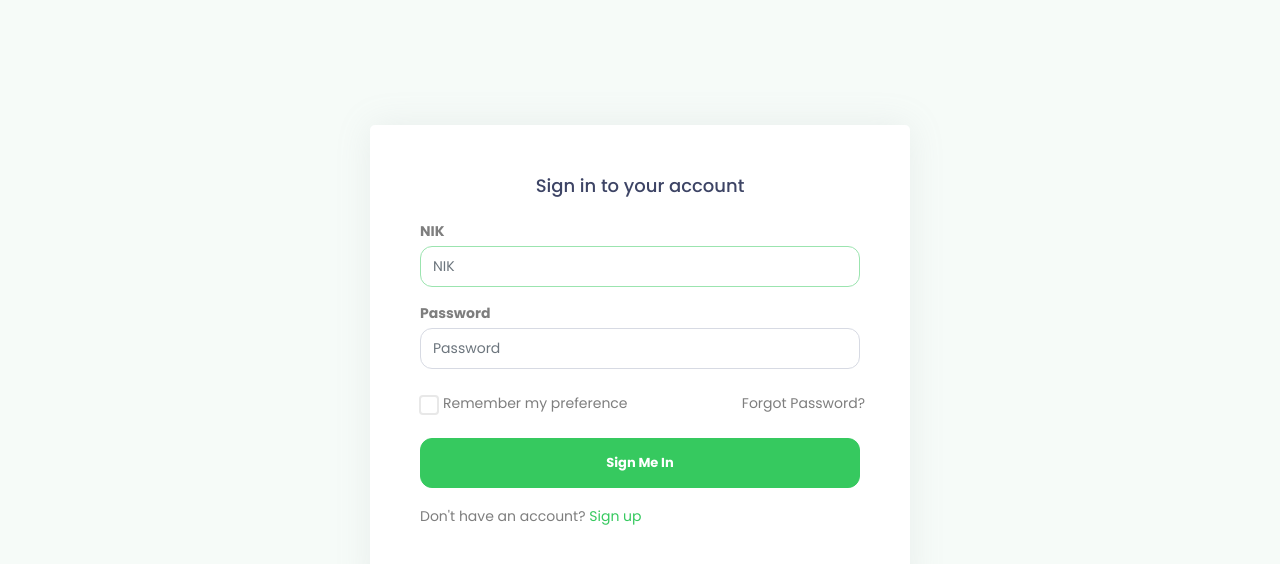
Repository: muhammadzainiy31/skripsi
Page: http://localhost/
An editor plug-in stored every save of this project. The page is shown before and after the next save, followed by the edit.
The browser window is 1280 px wide. The pictures show the whole page.
The page is run by PHP 8.4 with error messages shown; the project is at /var/www/html/. Other server files are loaded and not shown.

Above is the page before, as saved 2023-07-01 22:40:57.
Console error (its wording comes from the project's code and is left out).

### index.php
<?php
session_start();
include "koneksi.php";

if (isset($_POST["login"])) {
    $nik = $_POST["nik"];
    $password = $_POST["password"];

    $query = "SELECT * FROM tb_user WHERE nik ='$nik'";
    $result = mysqli_query($conn, $query);

    if (mysqli_num_rows($result) == 1) {
        $hasil = mysqli_fetch_assoc($result);

        if (password_verify($password, $hasil["password"])) {
            $_SESSION["login"] = true;
            $_SESSION["id"] = $hasil["id"];
            $_SESSION["nm_user"] = $hasil["nm_user"];
            $_SESSION["nik"] = $hasil["nik"];
            $_SESSION["status"] = $hasil["status"];
            $_SESSION["level"] = $hasil["level"];

            $kode = uniqid();
            $update = mysqli_query($conn, "UPDATE tb_user SET kode ='$kode' WHERE nik='$nik'");

            $_SESSION["kode"] = $kode;

            $level = $hasil["level"];
            $redirect = ($level == 1) ? "Location:surat/index.php" : "Location:./user/index.php";
            header("Location: " . $redirect);
            exit;
        }
    }

    $error = true;
}
?>

<!DOCTYPE html>
<html lang="en" class="h-100">

<head>
    <meta charset="utf-8">
    <meta http-equiv="X-UA-Compatible" content="IE=edge">
    <meta name="viewport" content="width=device-width,initial-scale=1">
    <title>LOGIN APPLIKASI RDO SDC BANJARMASIN</title>
    <!-- Favicon icon -->
    <link rel="icon" type="image/png" sizes="16x16" href="./images/favicon.png">
    <link href="./css/style.css" rel="stylesheet">
</head>

<body class="h-100">
    <div class="authincation h-100">
        <div class="container h-100">
            <div class="row justify-content-center h-100 align-items-center">
                <div class="col-md-6">
                    <div class="authincation-content">
                        <div class="row no-gutters">
                            <div class="col-xl-12">
                                <div class="auth-form">
                                    <h4 class="text-center mb-4">Sign in to your account</h4>
                                    <form action="" method="POST">
                                        <div class="form-group">
                                            <label class="mb-1" for="nik"><strong>NIK</strong></label>
                                            <input type="text" class="form-control" name="nik" id="nik" placeholder="NIK" autofocus required>
                                        </div>
                                        <div class="form-group">
                                            <label class="mb-1" for="password"><strong>Password</strong></label>
                                            <input type="password" class="form-control" name="password" id="password" placeholder="Password" required>
                                        </div>
                                        <div class="form-row d-flex justify-content-between mt-4 mb-2">
                                            <div class="form-group">
                                                <div class="custom-control custom-checkbox ml-1">
                                                    <input type="checkbox" class="custom-control-input" id="basic_checkbox_1">
                                                    <label class="custom-control-label" for="basic_checkbox_1">Remember my preference</label>
                                                </div>
                                            </div>
                                            <div class="form-group">
                                                <a href="page-forgot-password.html">Forgot Password?</a>
                                            </div>
                                        </div>
                                        <div class="text-center">
                                            <button type="submit" name="login" value="login" class="btn btn-primary btn-block">Sign Me In</button>
                                        </div>
                                    </form>
                                    <div class="new-account mt-3">
                                        <p>Don't have an account? <a class="text-primary" href="./page-register.html">Sign up</a></p>
                                    </div>
                                </div>
                            </div>
                        </div>
                    </div>
                </div>
            </div>
        </div>
    </div>

    <!--**********************************
        Scripts
    ***********************************-->
    <!-- Required vendors -->
    <script src="./vendor/global/global.min.js"></script>
    <script src="./vendor/bootstrap-select/dist/js/bootstrap-select.min.js"></script>
    <script src="./js/custom.min.js"></script>
    <script src="./js/deznav-init.js"></script>
</body>

</html>

### koneksi.php
<?php
$conn = mysqli_connect ("localhost", "root","","db_report_delivery_order");
date_default_timezone_set("Asia/Singapore");

### icons/avasta/css/style.css
/*--------------------------------

avasta Web Font
Generated using nucleoapp.com

-------------------------------- */
@font-face {
  font-family: 'avasta';
  src: url('../fonts/avasta.eot');
  src: url('../fonts/avasta.eot') format('embedded-opentype'), url('../fonts/avasta.woff2') format('woff2'), url('../fonts/avasta.woff') format('woff'), url('../fonts/avasta.ttf') format('truetype'), url('../fonts/avasta.svg') format('svg');
  font-weight: normal;
  font-style: normal;
}
/*------------------------
	base class definition
-------------------------*/
.icon {
  display: inline-block;
  font: normal normal normal 1em/1 'avasta';
  speak: none;
  text-transform: none;
  /* Better Font Rendering */
  -webkit-font-smoothing: antialiased;
  -moz-osx-font-smoothing: grayscale;
}
/*------------------------
  change icon size
-------------------------*/
/* relative units */
.icon-sm {
  font-size: 0.8em;
}
.icon-lg {
  font-size: 1.2em;
}
/* absolute units */
.icon-16 {
  font-size: 16px;
}
.icon-32 {
  font-size: 32px;
}
/*----------------------------------
  add a square/circle background
-----------------------------------*/
.icon-bg-square,
.icon-bg-circle {
  padding: 0.35em;
  background-color: #eee;
}
.icon-bg-circle {
  border-radius: 50%;
}
/*------------------------------------
  use icons as list item markers
-------------------------------------*/
.icon-ul {
  padding-left: 0;
  list-style-type: none;
}
.icon-ul > li {
  display: flex;
  align-items: flex-start;
  line-height: 1.4;
}
.icon-ul > li > .icon {
  margin-right: 0.4em;
  line-height: inherit;
}
/*------------------------
  spinning icons
-------------------------*/
.icon-is-spinning {
  -webkit-animation: icon-spin 2s infinite linear;
  -moz-animation: icon-spin 2s infinite linear;
  animation: icon-spin 2s infinite linear;
}
@-webkit-keyframes icon-spin {
  0% {
    -webkit-transform: rotate(0deg);
  }
  100% {
    -webkit-transform: rotate(360deg);
  }
}
@-moz-keyframes icon-spin {
  0% {
    -moz-transform: rotate(0deg);
  }
  100% {
    -moz-transform: rotate(360deg);
  }
}
@keyframes icon-spin {
  0% {
    -webkit-transform: rotate(0deg);
    -moz-transform: rotate(0deg);
    -ms-transform: rotate(0deg);
    -o-transform: rotate(0deg);
    transform: rotate(0deg);
  }
  100% {
    -webkit-transform: rotate(360deg);
    -moz-transform: rotate(360deg);
    -ms-transform: rotate(360deg);
    -o-transform: rotate(360deg);
    transform: rotate(360deg);
  }
}
/*------------------------
  rotated/flipped icons
-------------------------*/
.icon-rotate-90 {
  filter: progid:DXImageTransform.Microsoft.BasicImage(rotation=1);
  -webkit-transform: rotate(90deg);
  -moz-transform: rotate(90deg);
  -ms-transform: rotate(90deg);
  -o-transform: rotate(90deg);
  transform: rotate(90deg);
}
.icon-rotate-180 {
  filter: progid:DXImageTransform.Microsoft.BasicImage(rotation=2);
  -webkit-transform: rotate(180deg);
  -moz-transform: rotate(180deg);
  -ms-transform: rotate(180deg);
  -o-transform: rotate(180deg);
  transform: rotate(180deg);
}
.icon-rotate-270 {
  filter: progid:DXImageTransform.Microsoft.BasicImage(rotation=3);
  -webkit-transform: rotate(270deg);
  -moz-transform: rotate(270deg);
  -ms-transform: rotate(270deg);
  -o-transform: rotate(270deg);
  transform: rotate(270deg);
}
.icon-flip-y {
  filter: progid:DXImageTransform.Microsoft.BasicImage(rotation=0);
  -webkit-transform: scale(-1, 1);
  -moz-transform: scale(-1, 1);
  -ms-transform: scale(-1, 1);
  -o-transform: scale(-1, 1);
  transform: scale(-1, 1);
}
.icon-flip-x {
  filter: progid:DXImageTransform.Microsoft.BasicImage(rotation=2);
  -webkit-transform: scale(1, -1);
  -moz-transform: scale(1, -1);
  -ms-transform: scale(1, -1);
  -o-transform: scale(1, -1);
  transform: scale(1, -1);
}
/*------------------------
	icons
-------------------------*/

.icon-cloud-download-95::before {
  content: "\ea02";
}

.icon-home-minimal::before {
  content: "\ea03";
}

.icon-single-04::before {
  content: "\ea04";
}

.icon-users-mm::before {
  content: "\ea05";
}

.icon-webpage::before {
  content: "\ea06";
}

.icon-layout-25::before {
  content: "\ea07";
}

.icon-analytics::before {
  content: "\ea08";
}

.icon-chart-pie-36::before {
  content: "\ea09";
}

.icon-chart-bar-33::before {
  content: "\ea0a";
}

.icon-single-copy-06::before {
  content: "\ea0b";
}

.icon-home::before {
  content: "\ea0c";
}

.icon-single-content-03::before {
  content: "\ea0d";
}

.icon-bell-53::before {
  content: "\ea0e";
}

.icon-email-84::before {
  content: "\ea0f";
}

.icon-send::before {
  content: "\ea10";
}

.icon-at-sign::before {
  content: "\ea11";
}

.icon-attach-87::before {
  content: "\ea12";
}

.icon-edit-72::before {
  content: "\ea13";
}

.icon-tail-right::before {
  content: "\ea14";
}

.icon-minimal-right::before {
  content: "\ea15";
}

.icon-tail-left::before {
  content: "\ea16";
}

.icon-minimal-left::before {
  content: "\ea17";
}

.icon-tail-up::before {
  content: "\ea18";
}

.icon-minimal-up::before {
  content: "\ea19";
}

.icon-minimal-down::before {
  content: "\ea1a";
}

.icon-tail-down::before {
  content: "\ea1b";
}

.icon-settings-gear-64::before {
  content: "\ea1c";
}

.icon-settings::before {
  content: "\ea1d";
}

.icon-menu-dots::before {
  content: "\ea1e";
}

.icon-menu-left::before {
  content: "\ea1f";
}

.icon-funnel-40::before {
  content: "\ea20";
}

.icon-filter::before {
  content: "\ea21";
}

.icon-preferences-circle::before {
  content: "\ea22";
}

.icon-check-2::before {
  content: "\ea23";
}

.icon-cart-simple::before {
  content: "\ea24";
}

.icon-cart-9::before {
  content: "\ea25";
}

.icon-card-update::before {
  content: "\ea26";
}

.icon-basket::before {
  content: "\ea27";
}

.icon-check-circle-07::before {
  content: "\ea28";
}

.icon-simple-remove::before {
  content: "\ea29";
}

.icon-circle-remove::before {
  content: "\ea2a";
}

.icon-alert-circle-exc::before {
  content: "\ea2b";
}

.icon-bug::before {
  content: "\ea2c";
}

.icon-share-66::before {
  content: "\ea2d";
}

.icon-time-3::before {
  content: "\ea2e";
}

.icon-time::before {
  content: "\ea2f";
}

.icon-coffee::before {
  content: "\ea30";
}

.icon-smile::before {
  content: "\ea31";
}

.icon-sad::before {
  content: "\ea32";
}

.icon-broken-heart::before {
  content: "\ea33";
}

.icon-heart-2::before {
  content: "\ea34";
}

.icon-pin-3::before {
  content: "\ea35";
}

.icon-marker-3::before {
  content: "\ea36";
}

.icon-globe-2::before {
  content: "\ea37";
}

.icon-world-2::before {
  content: "\ea38";
}

.icon-phone-2::before {
  content: "\ea39";
}

.icon-check-square-11::before {
  content: "\ea3a";
}

.icon-wallet-90::before {
  content: "\ea3b";
}

.icon-credit-card::before {
  content: "\ea3c";
}

.icon-payment::before {
  content: "\ea3d";
}

.icon-tag::before {
  content: "\ea3e";
}

.icon-tag-cut::before {
  content: "\ea3f";
}

.icon-tag-content::before {
  content: "\ea40";
}

.icon-flag-diagonal-33::before {
  content: "\ea41";
}

.icon-triangle-right-17::before {
  content: "\ea47";
}

.icon-puzzle-10::before {
  content: "\ea48";
}

.icon-triangle-right-17-2::before {
  content: "\ea49";
}

.icon-btn-play::before {
  content: "\ea4a";
}

.icon-btn-play-2::before {
  content: "\ea4b";
}

.icon-menu-34::before {
  content: "\ea4c";
}

.icon-menu-left-2::before {
  content: "\ea4d";
}

.icon-heart-2-2::before {
  content: "\ea4e";
}

.icon-single-04-2::before {
  content: "\ea4f";
}

.icon-users-mm-2::before {
  content: "\ea50";
}

.icon-l-settings::before {
  content: "\ea51";
}

.icon-book-open-2::before {
  content: "\ea52";
}

.icon-layers-3::before {
  content: "\ea53";
}

.icon-logo-fb-simple::before {
  content: "\ea55";
}

.icon-logo-twitter::before {
  content: "\ea56";
}

.icon-google::before {
  content: "\ea57";
}

.icon-logo-pinterest::before {
  content: "\ea58";
}

.icon-logo-instagram::before {
  content: "\ea59";
}

.icon-logo-dribbble::before {
  content: "\ea5a";
}

.icon-tablet-mobile::before {
  content: "\ea5b";
}

.icon-house-search-engine::before {
  content: "\ea5c";
}

.icon-house-pricing::before {
  content: "\ea5d";
}

.icon-pulse-chart::before {
  content: "\ea5e";
}

.icon-plug::before {
  content: "\ea5f";
}

.icon-app-store::before {
  content: "\ea60";
}

.icon-power-level::before {
  content: "\ea61";
}

.icon-window-add::before {
  content: "\ea62";
}

.icon-form::before {
  content: "\ea63";
}

.icon-folder-15::before {
  content: "\ea64";
}

.icon-lock::before {
  content: "\ea65";
}

.icon-unlocked::before {
  content: "\ea66";
}

.icon-e-reader::before {
  content: "\ea67";
}

.icon-layout-grid::before {
  content: "\ea68";
}

.icon-single-copies::before {
  content: "\ea69";
}

Loaded but not shown: css/style.css (library); js/custom.min.js (library); js/deznav-init.js (common file); icons/font-awesome-old/css/font-awesome.min.css (library); icons/material-design-iconic-font/css/materialdesignicons.min.css (library); icons/themify-icons/css/themify-icons.css (common file); icons/line-awesome/css/line-awesome.min.css (library); icons/flaticon/flaticon.css (common file); icons/icomoon/icomoon.css (common file); icons/simple-line-icons/css/simple-line-icons.css (754 lines, source omitted)

After the next save:
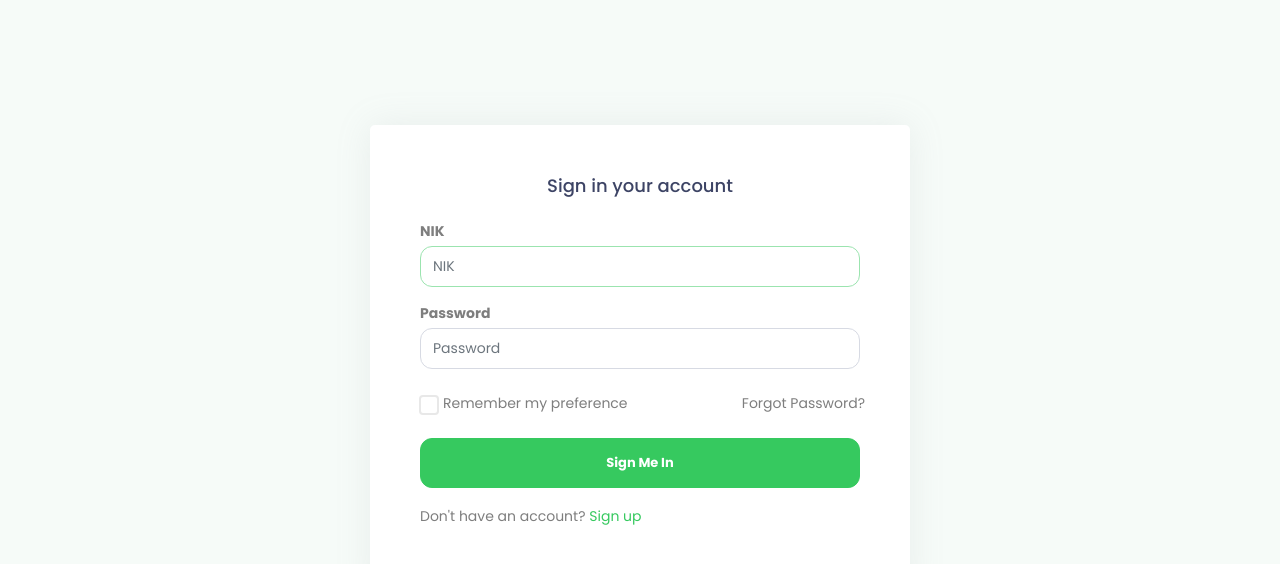
Saved 40 s later.
--- a/index.php
+++ b/index.php
@@ -6,11 +6,10 @@ if (isset($_POST["login"])) {
     $nik = $_POST["nik"];
     $password = $_POST["password"];
 
-    $query = "SELECT * FROM tb_user WHERE nik ='$nik'";
-    $result = mysqli_query($conn, $query);
+    $ambilData = mysqli_query($conn, "SELECT * FROM tb_user WHERE nik ='$nik'");
 
-    if (mysqli_num_rows($result) == 1) {
-        $hasil = mysqli_fetch_assoc($result);
+    if (mysqli_num_rows($ambilData) == 1) {
+        $hasil = mysqli_fetch_assoc($ambilData);
 
         if (password_verify($password, $hasil["password"])) {
             $_SESSION["login"] = true;
@@ -25,9 +24,12 @@ if (isset($_POST["login"])) {
 
             $_SESSION["kode"] = $kode;
 
-            $level = $hasil["level"];
-            $redirect = ($level == 1) ? "Location:surat/index.php" : "Location:./user/index.php";
-            header("Location: " . $redirect);
+            if ($hasil["level"] == 1) {
+                header("Location:surat/index.php");
+            } else if ($hasil["level"] == 2) {
+                header("Location:./user/index.php");
+            }
+
             exit;
         }
     }
@@ -35,7 +37,6 @@ if (isset($_POST["login"])) {
     $error = true;
 }
 ?>
-
 <!DOCTYPE html>
 <html lang="en" class="h-100">
 
@@ -58,7 +59,7 @@ if (isset($_POST["login"])) {
                         <div class="row no-gutters">
                             <div class="col-xl-12">
                                 <div class="auth-form">
-                                    <h4 class="text-center mb-4">Sign in to your account</h4>
+                                    <h4 class="text-center mb-4">Sign in your account</h4>
                                     <form action="" method="POST">
                                         <div class="form-group">
                                             <label class="mb-1" for="nik"><strong>NIK</strong></label>
